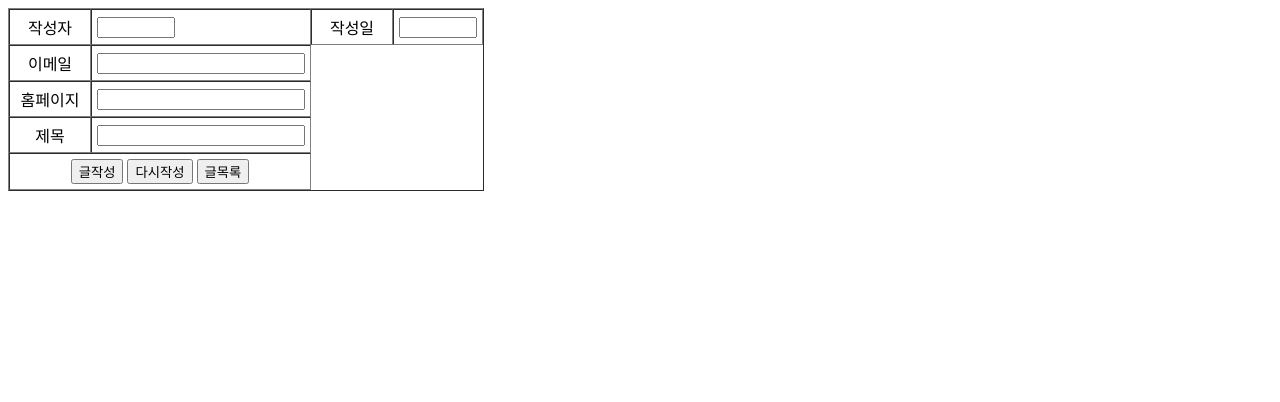
Repository: kimsuel/java-ee-practice
Page: guestbookservlet/WebContent/guestbook/guestbookList.html
The author's editor kept a copy of each file at every save. The page is drawn from the files as they stood at one save, then again after the next save.
The browser window is 1280 px wide. The pictures show the whole page.

Above is the page before, as saved 2018-06-20 07:39:42.

### guestbookservlet/WebContent/guestbook/guestbookList.html
<!DOCTYPE html>
<html>
<head>
<meta charset="UTF-8">
<title>글 목록</title>
</head>
<body>
	<table border="1" cellpadding="5" cellspacing="0">
			<tr>
				<td width="70" align="center">작성자</td>
				<td><input type="text" name="email" style="width:70px"></td>
				<td width="70" align="center">작성일</td>
				<td><input type="text" name="email" style="width:70px"></td>
			</tr>
			<tr>
				<td align="center">이메일</td>
				<td><input type="text" name="email" style="width:200px"></td>
			</tr>
			<tr>
				<td align="center">홈페이지</td>
				<td><input type="text" name="homepage" style="width: 200px"></td>
			</tr>
			<tr>
				<td align="center">제목</td>
				<td><input type="text" name="subject" style="width: 200px"></td>
			</tr>
			<tr>
				<td colspan="2" align="center"><input type="button" value="글작성" onclick="javascript:check()">
								<input type="reset" value="다시작성">
								<input type="button" value="글목록" onclick="location.href='guestbookList.html'"></td>
			</tr>
		</table>
</body>
</html>

After the next save:
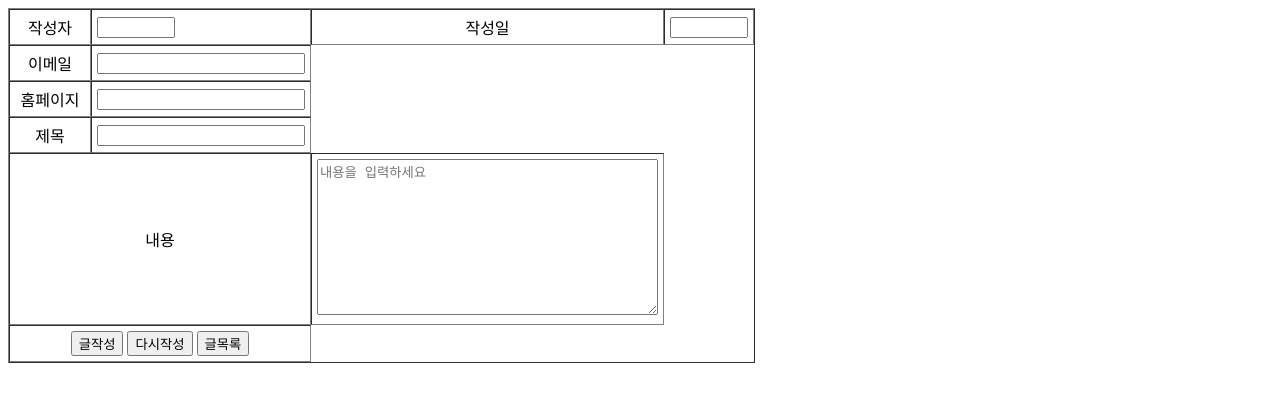
Saved 14 s later.
--- a/guestbookservlet/WebContent/guestbook/guestbookList.html
+++ b/guestbookservlet/WebContent/guestbook/guestbookList.html
@@ -25,6 +25,11 @@
 				<td><input type="text" name="subject" style="width: 200px"></td>
 			</tr>
 			<tr>
+				<td colspan="2"  align="center">내용</td>
+				<td><textarea cols="40" rows="10" name="content" placeholder="내용을 입력하세요"></textarea></td>
+			</tr>
+
+			<tr>
 				<td colspan="2" align="center"><input type="button" value="글작성" onclick="javascript:check()">
 								<input type="reset" value="다시작성">
 								<input type="button" value="글목록" onclick="location.href='guestbookList.html'"></td>
